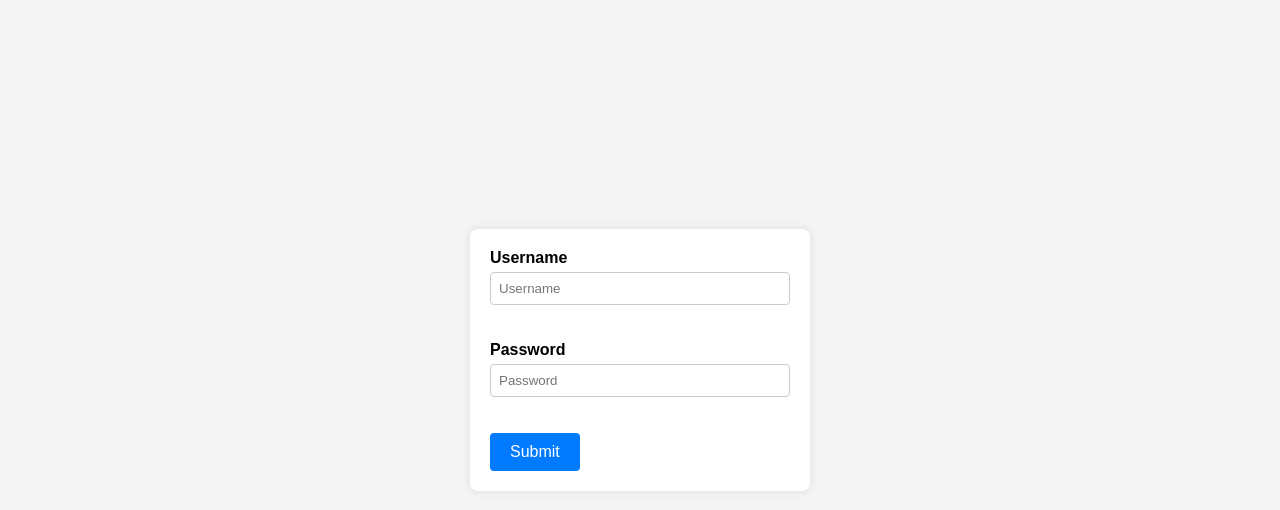
Repository: Ndifoinhilary/authentication
Page: http://localhost/auth/register/
The author's editor kept a copy of each file at every save. The page is drawn from the files as they stood at one save, then again after the next save.
The browser window is 1280 px wide. The pictures show the whole page.
The page is served by the project's application, run on Django 3.2 (manage.py). Other server files are loaded and not shown.

Above is the page before, as saved 2024-01-05 08:11:29.

### Auth/templates/register.html
<!DOCTYPE html>
<html lang="en">

<head>
    <meta charset="UTF-8">
    <meta name="viewport" content="width=device-width, initial-scale=1.0">
    <style>
        body {
            font-family: 'Arial', sans-serif;
            background-color: #f4f4f4;
            margin: 0;
            padding: 0;
            display: flex;
            justify-content: center;
            align-items: center;
            height: 100vh;
        }

        form {
            background-color: #fff;
            padding: 20px;
            border-radius: 8px;
            box-shadow: 0 0 10px rgba(0, 0, 0, 0.1);
            width: 300px;
        }

        .input {
            margin-bottom: 20px;
        }

        .label {
            display: block;
            margin-bottom: 5px;
            font-weight: bold;
        }

        .form-control {
            width: 100%;
            padding: 8px;
            border: 1px solid #ccc;
            border-radius: 4px;
            box-sizing: border-box;
        }

        .mb-4 {
            margin-bottom: 16px;
        }

        .btn {
            background-color: #007bff;
            color: #fff;
            padding: 10px 20px;
            border: none;
            border-radius: 4px;
            cursor: pointer;
            font-size: 16px;
        }

        .btn:hover {
            background-color: #0056b3;
        }
    </style>
</head>

<body>
    <form action="" class="form-border" method="POST">
        {% csrf_token %}

        <div class="input">
            <label class="label" for="username">Username</label>
            <input type="text" name="username" id="username" class="form-control mb-4" placeholder="Username" required>
        </div>

        <div class="input">
            <label class="label" for="password">Password</label>
            <input type="password" name="password" id="password" class="form-control mb-4" placeholder="Password" required>
        </div>

        <button type="submit" class="btn">Submit</button>
    </form>
</body>

</html>

### Auth/forms.py
from django import forms
from Auth.models import User


class RegistrationForm(forms.ModelForm):
    password = forms.CharField(min_length=6, widget=forms.PasswordInput)
    comfirm_password = forms.CharField(min_length=6, widget=forms.PasswordInput)

    class Meta:
        model = User
        fields = ["email", "first_name", "password", "comfirm_password"]

    def clean_comfirm_password(self):
        password = self.cleaned_data.get("password")
        comfirm_password = self.cleaned_data.get("comfirm_password")

        if password != comfirm_password:
            raise forms.ValidationError("Password does not match")
        return password

    def save(self, *args, **kwargs):
        user = super().save(commit=False)
        password = self.cleaned_data.get("password")
        user.set_password(password)
        user.save()
        return user

### Auth/models.py
from django.db import models
from django.contrib.auth.models import (
    AbstractBaseUser,
    PermissionsMixin,
    BaseUserManager,
)


class UserManager(BaseUserManager):
    def create_user(self, email, password=None, **extra_fields):
        email = self.normalize_email(email).lower()
        if not email:
            raise ValueError("email is a required field")
        user = self.model(email, **extra_fields)
        user.set_password(password)
        user.save(using=self._db)
        return user

    def create_superuser(self, email, password=None, **extra_fields):
        extra_fields.setdefault("is_active", True)
        extra_fields.setdefault("is_staff", True)
        extra_fields.setdefault("is_superuser", True)

        if extra_fields.get("is_active") is not True:
            raise ValueError("Super user must be active")

        if extra_fields.get("is_staff") is not True:
            raise ValueError("Super user must be staff")

        if extra_fields.get("is_superuser") is not True:
            raise ValueError("Super user must be superuser")

        return self.create_user(email, password, **extra_fields)


class User(AbstractBaseUser, PermissionsMixin):
    """
    Creating the user model to store the user data
    author: ndifoinhilary@gmail.com
    """

    email = models.EmailField(unique=True)
    first_name = models.CharField(max_length=255)
    last_name = models.CharField(max_length=255)
    is_active = models.BooleanField(default=False)

    # you can add more fields

    objects = UserManager()

    USERNAME_FIELD = "email"  # using the email field for authenticaion then the normal django username field

    REQUIRED_FIELDS = (
        []
    )  # here you can add the fields that are required for authentication like username , firstname or any field you wish

### Auth/views.py
# pylint: disable=unused-argument
from django.shortcuts import render, redirect
from django.contrib import messages
from django.contrib.auth import authenticate, login
from Auth.forms import RegistrationForm

# Create your views here.


def homePage(request):
    user = request.user
    return render(request, "home.html", {"user": user})


def registerUser(request):
    form = RegistrationForm()

    if request.method == "POST":
        form = RegistrationForm(request.POST)
        if form.is_valid():
            user = form.save(commit=False)
            user.email = user.email.lower()
            user.save()

            messages.success(request, "Your account has been created successfully")

            if user is not None:
                login(request, user)
                return redirect("home")
        else:
            messages.error(request, "Check your credentials and try again")
    return render(request, "register.html", {"form": form})


def loginUser(request):
    return render(request, "login.html")


def logoutUser(request):
    pass

### authentication/urls.py
from django.contrib import admin
from django.urls import path, include
from django.conf import settings
from django.conf.urls.static import static

urlpatterns = [path("admin/", admin.site.urls), path("", include("Auth.urls"))]


urlpatterns += static(settings.MEDIA_URL, document_root=settings.MEDIA_ROOT)
urlpatterns += static(settings.STATIC_URL, document_root=settings.MEDIA_ROOT)

### Auth/urls.py
# pylint: disable=trailing-whitespace
from django.urls import path

from . import views


urlpatterns = [
    path("", views.homePage, name="home"),
    path("auth/login/", views.loginUser, name="login"),
    path("auth/register/", views.registerUser, name="register"),
    path("auth/logout/", views.logoutUser, name="logout"),
]

After the next save:
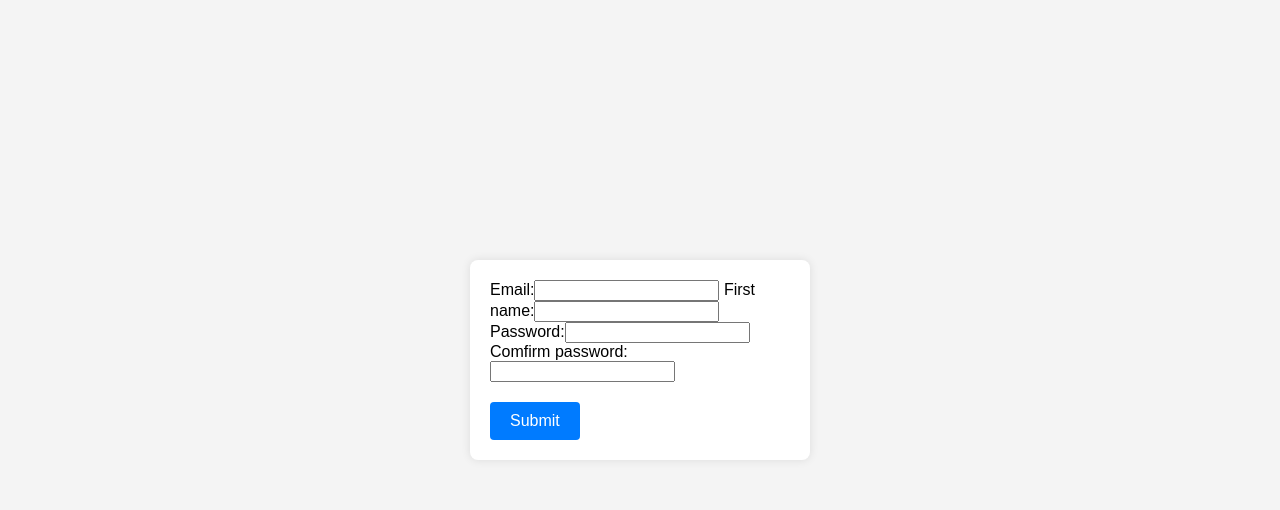
Saved 40 s later.
--- a/Auth/templates/register.html
+++ b/Auth/templates/register.html
@@ -67,14 +67,15 @@
         {% csrf_token %}
 
         <div class="input">
-            <label class="label" for="username">Username</label>
-            <input type="text" name="username" id="username" class="form-control mb-4" placeholder="Username" required>
+            <!-- <label class="label" for="username">Username</label>
+            <input type="text" name="username" id="username" class="form-control mb-4" placeholder="Username" required> -->
+            {{form}}
         </div>
 
-        <div class="input">
+        <!-- <div class="input">
             <label class="label" for="password">Password</label>
             <input type="password" name="password" id="password" class="form-control mb-4" placeholder="Password" required>
-        </div>
+        </div> -->
 
         <button type="submit" class="btn">Submit</button>
     </form>
